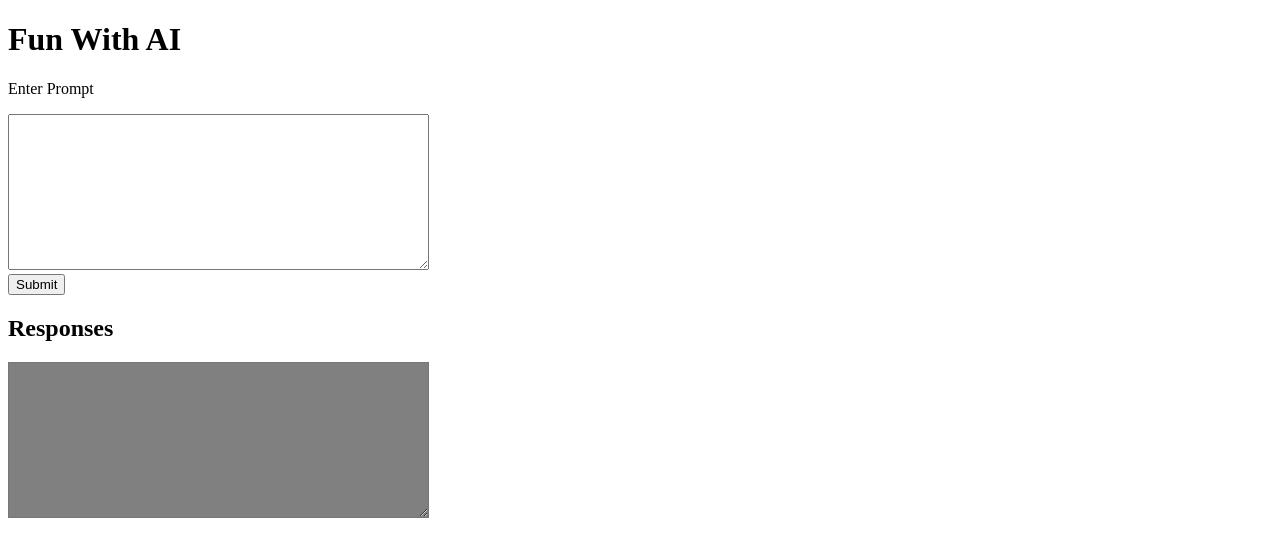
Repository: wenxi0504/open-ai-API
Page: openAI.html
An editor plug-in stored every save of this project. The page is shown before and after the next save, followed by the edit.
The browser window is 1280 px wide. The pictures show the whole page.

Above is the page before, as saved 2022-05-15 16:32:55.

### openAI.html
<!DOCTYPE html>
<html lang="en">
<head>
    <meta charset="UTF-8">
    <meta http-equiv="X-UA-Compatible" content="IE=edge">
    <meta name="viewport" content="width=device-width, initial-scale=1.0">
    <title>OpenAI-API</title>
</head>
<body>
<h1>Fun With AI</h1>
<form action="POST">
<p><label for="prompt"> Enter Prompt</label></p>
<textarea id="userprompt" name="userprompt" rows="10" cols="50"></textarea>
<br>
<input type="submit" value="Submit">
</form>

<h2>Responses</h2>
<textarea id="aiResponse" name="aiResponse" readonly="true" rows="10" cols="50" style="background-color: gray;"></textarea>
<script src="openai.js"></script>
</body>
</html>

Loaded but not shown: openai.js (no copy from this time; the picture is the same without it)

After the next save:
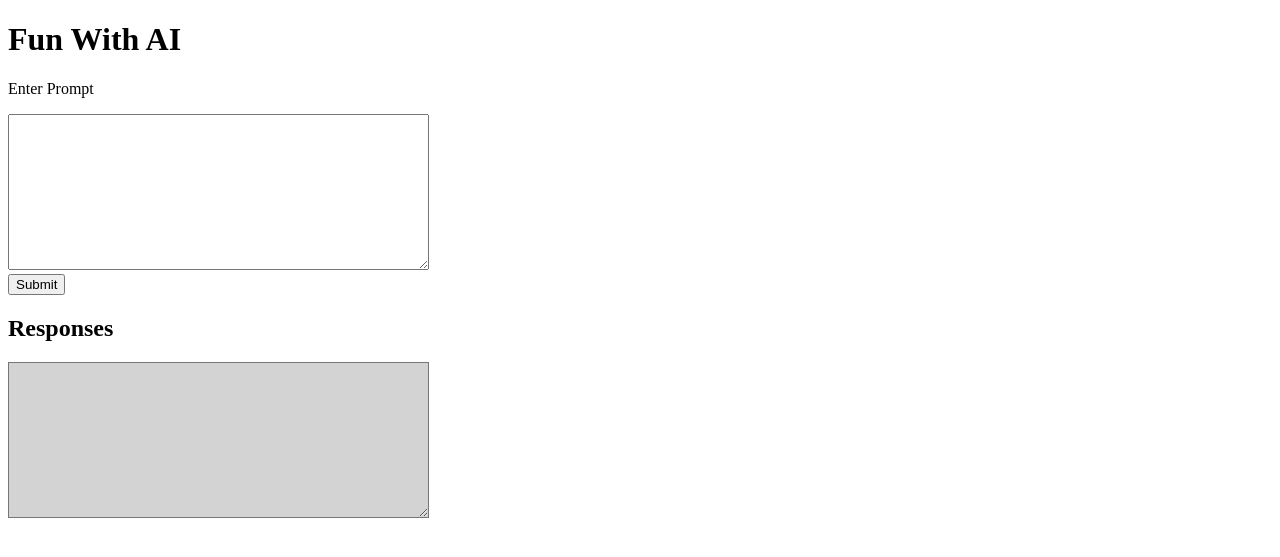
Saved 27 s later.
--- a/openAI.html
+++ b/openAI.html
@@ -16,7 +16,7 @@
 </form>
 
 <h2>Responses</h2>
-<textarea id="aiResponse" name="aiResponse" readonly="true" rows="10" cols="50" style="background-color: gray;"></textarea>
+<textarea id="aiResponse" name="aiResponse" readonly="true" rows="10" cols="50" style="background-color: lightgray;"></textarea>
 <script src="openai.js"></script>
 </body>
 </html>
